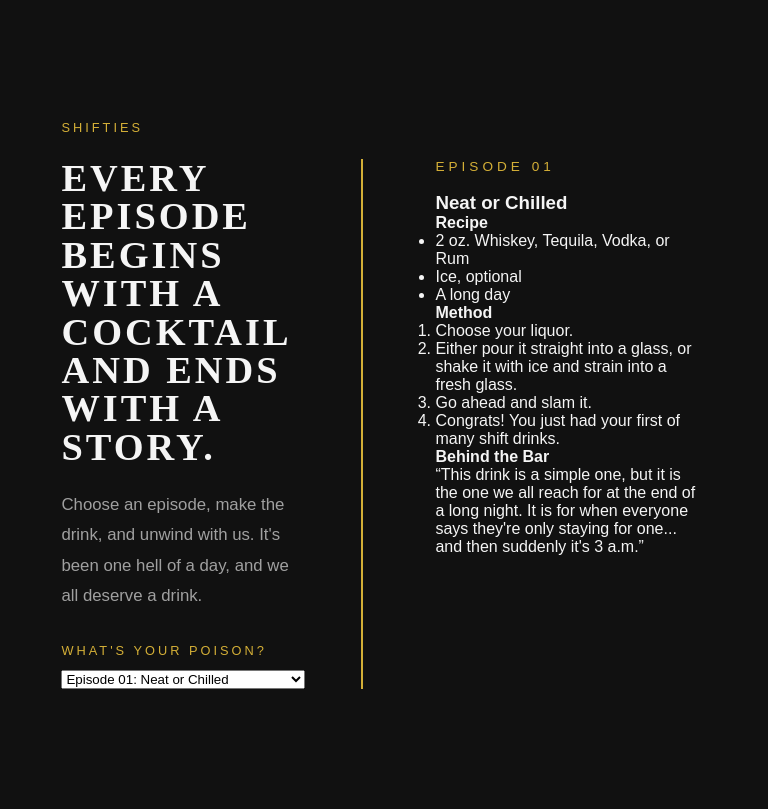
Repository: Gage-Codes/BarRot
Page: css/Website.html
The author's editor kept a copy of each file at every save. The page is drawn from the files as they stood at one save, then again after the next save.
The browser window is 768 px wide. The pictures show the part of the page from y = 2973 to 3820 px (the page is 3782 px tall before and 3820 px after).

Above is the page before, as saved 2026-07-01 12:31:58.
Not found: css/java.js

### css/Website.html
<!DOCTYPE html>
<html lang="en">

<head>
    <meta charset="UTF-8">
    <meta name="viewport" content="width=device-width, initial-scale=1.0">
    <title>Bar Rot: Your Neighborhood Podcast</title>
    <link href="https://fonts.googleapis.com/css2?family=Cormorant+Garamond:wght@400;700&family=Roboto:wght@400;700&display=swap" rel="stylesheet">
    <link rel="stylesheet" href="style.css">
</head>

<!-- The Navigation Bar/Logo -->

<body>
<header>
    <nav class="navbar">
        <a href="#" class="logo">BAR ROT</a>
        <ul class="nav-links">
            <li><a href="#about">About</a></li>
            <li><a href="#episodes">Episodes</a></li>
            <li><a href="#recipes">Recipes</a></li>
            <li><a href="#hosts">Hosts</a></li>
            <li><a href="#reviews">Reviews</a></li>
            <li><a href="#contact">Contact</a></li>
        </ul>
    </nav>
</header>

<!-- Title/Hero Section -->

<main>
    <section id="hero">
        <div class="hero-content">

            <p class="eyebrow">A late-night podcast</p>
            <h1>Where bad decisions make good stories.</h1>
            <p class="hero-text">
                Bar Rot is a podcast about the chaos of working in nightlife and the friendships
                we've made along the way. These are the stories we tell after last call.
            </p>
            <div class="hero-buttons">
                <a href="#episodes" class="btn primary-btn">Listen Now</a>
                <a href="#about" class="btn secondary-btn">Learn More</a>
            </div>
        </div>
    </section>

<!-- The About Section -->

    <section id="about">
        <div class="section-label">About the Podcast</div>
        <div class="about-grid">
            <div>
                <h2>Come find a spot at the bar. We have some shit to talk about.</h2>
            </div>
            <div>
                <p>
                    Welcome to Bar Rot! The late-night podcast where we discuss nightlife,
                    bad decisions, friendship, dating, work, the chaos of the industry, and how Terry keeps
                    calling out and still has a job.
                </p>
                <p>
                    Join us for our post-shift therapy session, some trash talk, and a few good laughs.
                    Bar Rot is for anyone who regrets saying “one more shot”...
                    and for those of us who pour them.
                </p>
            </div>
        </div>
    </section>

<!--Episodes (Recent Episode) Section -->

    <section id="episodes">
        <div class="section-label">Latest Episodes</div>
        <div class="episodes-header">
            <h2>Real stories with real friends.</h2>
            <p>Three bartenders. One bottle. No filter.</p>
        </div>
        <article class="episode-card">
            <div class="episode-cover-area">
                <div class="record">
                    <div class="record-label">
                        <span>BAR</span>
                        <span>ROT</span>
                    </div>
                </div>
                <div class="album-cover">
                    <img src="images/episode-one.jpg" alt="The Bar Rot hots sitting togeather after work unwinding with a few dinks">
                </div>
            </div>
            <div class="episode-info">
                <p class="episode-number">Episode 01</p>
                <h3>Better To Leave It Where We Found It</h3>
                <p class="episode-description">
                    The stories we tell at the end of the night are the ones we probably shouldn't.
                    Welcome to the first round of Bar Rot.
                </p>
                <div class="episode-meta">
                    <span>46 minutes</span>
                    <span>June 2026</span>
                </div>
                <div class="cocktail-box">
                    <p>This Episodes Shift Drink:</p>
                    <h4>Neat or Chilled</h4>
                </div>
                <div class="episode-buttons">
                    <a href="#" class="btn primary-btn">Listen Now</a>
                    <a href="#" class="btn secondary-btn">View Recipe</a>
                </div>
            </div>
        </article>
    </section>

<!--Shift Drinks/Recipes Section -->

    <section id="recipes">
        <div class="section-label">Shifties</div>
            <div class="recipes-layout">
                <div class="recipe-intro">
                    <h2>Every episode begins with a cocktail and ends with a story.</h2>
                    <p>
                        Choose an episode, make the drink, and unwind with us.
                        It's been one hell of a day, and we all deserve a drink.
                    </p>
                    <label for="cocktail-select">What's your poison?</label>
                    <select id="cocktail-select">
                        <option value="episode-one">Episode 01: Neat or Chilled</option>
                        <option value="episode-two">Episode 02: Schedule Not Yet Posted</option>
                        <option value="episode-three">Episode 03: Schedule Not Yet Posted</option>
                    </select>
                </div>
                <div class="recipe-content">
                    <p class="episode-number">Episode 01</p>
                    <h3>Neat or Chilled</h3>
                    <div class="recipe-divider">
                    </div>
                    <div class="recipe-block">
                        <h4>Recipe</h4>
                        <ul>
                            <li>2 oz. Whiskey, Tequila, Vodka, or Rum</li>
                            <li>Ice, optional</li>
                            <li>A long day</li>
                        </ul>
                    </div>
                    <div class="recipe-block">
                        <h4>Method</h4>
                        <ol>
                            <li>Choose your liquor.</li>
                            <li>Either pour it straight into a glass, or shake it with ice and strain into a fresh glass.</li>
                            <li>Go ahead and slam it.</li>
                            <li>Congrats! You just had your first of many shift drinks.</li>
                        </ol>
                    </div>
                    <div class="recipe-block host-notes">
                        <h4>Behind the Bar</h4>
                        <p>“This drink is a simple one, but it is the one we all reach for at the end of a long night.
                            It is for when everyone says they're only staying for one... and then suddenly it's 3 a.m.”
                        </p>
                    </div>
                </div>
            </div>
    </section>

    <section id="hosts"></section>

    <section id="reviews"></section>

    <section id="contact"></section>

</main>

<footer></footer>

<!--Java Script/Nav Bar-->

<script src="java.js"></script>

</body>

</html>

### css/style.css

/* Varbles and Global Styles */

:root {
    --background-color: #111111;
    --surface: #1B1B1B;
    --primary: #8B1E3F;
    --accent: #D4AF37;
    --text: #F5F5F5;
    --gray: #A0A0A0;
    --muted: #A0A0A0;
}

* {
    margin: 0;
    padding: 0;
    box-sizing: border-box;
}

body {
    font-family: 'Arial', sans-serif;
    background-color: var(--background-color);
    color: var(--text);
}

/* Navigation Bar/Logo Styles */

.navbar {
    position: fixed;
    top: 0;
    left: 0;
    width: 100%;
    height: 90px;
    padding: 0 80px;
    display: flex;
    justify-content: space-between;
    align-items: center;
    background: rgba(8,8,8,0.55);
    backdrop-filter: blur(12px);
    border-bottom: 1px solid rgba(255,255,255,0.08);
    z-index: 1000;
}
.logo {
    color: #F5F5F5;
    text-decoration: none;
    font-size: 3rem;
    font-weight: 700;
    font-family: "Cormorant Garamond", serif;
    letter-spacing: 4px;
}
.nav-links {
    display: flex;
    gap: 70px;
    list-style: none;
}
.nav-links a {
    position: relative;
    color: #F5F5F5;
    font-weight: 600;
    font-size: 0.95rem;
    text-transform: uppercase;
    text-decoration: none;
    letter-spacing: 2px;
    transition: .3s ease;
}
.nav-links a:hover {
    color: var(--accent);
}
.nav-links a.active{
    color: var(--accent);
}
.nav-links a.active::after {
    content: "";
    position: absolute;
    bottom: -22px;
    left: 50%;
    transform: translateX(-50%);
    width: 90%;
    height: 3px;
    background-color: var(--accent);
    border-radius: 50px;
}

/* Hero/Top of Page Section Styles */

#hero {
    min-height: 100vh;
    padding: 0 8%;
    display: flex;
    align-items: center;
    background:
        linear-gradient(rgba(10,10,10,0.15), rgba(10,10,10,0.45)),
        radial-gradient(circle at top right,
        rgba(139,30,63,0.45), transparent 75%),
        url("images/bar-rot-hero.jpg");
background-size: cover;
background-position: center right;
background-repeat: no-repeat;
}
.hero-content {
    max-width: 720px;
}
.eyebrow {
    color: var(--accent);
    text-transform: uppercase;
    letter-spacing: 3px;
    font-size: 0.85rem;
    margin-bottom: 18px;
}
h1 {
    font-size: clamp(3rem, 7.5vw, 6.5rem);
    font-family: "Cormorant Garamond", serif;
    text-transform: uppercase;
    line-height: 0.90;
    margin-bottom: 24px;
}
.hero-text {
    color: var(--muted);
    font-size: 1.15rem;
    line-height: 1.7rem;
    max-width: 560px;
    margin-bottom: 34px;
}
.hero-buttons {
    display: flex;
    gap: 16px;
    flex-wrap: wrap;
}
.btn {
    padding: 14px 24px;
    border-radius: 999px;
    text-decoration: none;
    font-weight: 700;
}
.primary-btn {
    background: var(--primary);
    color: var(--text);
}
.secondary-btn {
    border: 1px solid var(--accent);
    color: var(--accent);
}

/* About Section Styles */

#about {
    padding: 120px 8%;
    background-color: var(--background-color);
}
.section-label {
    color: var(--accent);
    text-transform: uppercase;
    letter-spacing: 3px;
    font-size: 0.8rem;
    margin-bottom: 24px;
}
.about-grid {
    display: grid;
    grid-template-columns:1fr 1.2fr;
    gap: 64px;
    align-items: start;
}
#about h2 {
    font-size: clamp(2.2rem, 4.5vw, 4rem);
    font-family: "Cinzel", serif;
    text-transform: uppercase;
    line-height: 1;
}
#about p {
    color: var(--gray);
    font-size: 1.05rem;
    line-height: 1.8;
    margin-bottom: 22px;
}

/* Episode Section Syle */

#episodes{
    position: relative;
    padding: 120px 8%;
    background-image:
        linear-gradient(rgba(0,0,0,.25), rgba(0,0,0,.25)),
        url("images/bar-rot-ep.jpg");
    background-position: 135% center;
    background-repeat: no-repeat;
    background-size: cover;
    overflow:hidden;
    /* Background Overlay/Readability */
    background-blend-mode: overlay;
}
.episodes-header {
    text-align: center;
    margin-bottom: 70px;
}
.episodes-header h2 {
    font-family: "Cinzel", serif;
    font-size: clamp(2.8rem, 4vw, 5rem);
    line-height: 1;
    text-transform: uppercase;
    letter-spacing: 3px;
    margin-bottom: 18px;
}
.episode-header p {
    color: var(--gray);
    font-size: 5rem;
}
.episode-card {
    display: grid;
    grid-template-columns: 1fr 1fr;
    gap: 72px;
    align-items: center;
    padding: 48px;
    border: 1px solid rgba(212, 175, 55, 0.25);
    border-radius: 18px;
    background: rgba(20, 20, 20, 0.25);
    box-shadow: 0 30px 80px rgba(0, 0, 0, 0.45);
}
.album-area {
    position: relative;
    min-height: 480px;
    display: flex;
    align-items: center;
}
.album-cover {
    width: min(100%, 380px);
    aspect-ratio: 1/1;
    position: relative;
    z-index: 2;
    border: 1px solid rgba(212, 175, 55, 0.35);
    border-radius: 12px;
    overflow: hidden;
    box-shadow: 0 25px 60px rgba(20, 20, 20, 0.60);
}
.album-cover img {
    width: 100%;
    height: 100%;
    object-fit: cover;
    display: block;
}

/* Record/Episode Cover */

.record {
    width: 330px;
    height: 330px;
    border-radius: 50%;
    position: absolute;
    left: 240px;
    z-index: 1;
    background:
    radial-gradient(circle, #8B1E3F 0 16%, #121212 17% 100%),
    repeating-radial-gradient(circle, #2a2a2a 0 2px, #161616 3px 5px);
    box-shadow:
    inset 0 0 35px rgba(255,255,255,0.12),
    inset 0 0 90px rgba(0, 0, 0, 0.95),
    0 20px 50px rgba(0, 0, 0, 0.7);
    transition: transform 0.4s ease;
}
.record-label {
    position: absolute;
    inset: 50%;
    transform: translate(-50%, -50%);
    width: 105px;
    height: 105px;
    border-radius: 50%;
    background: var(--primary);
    border: 1px solid rgba(212, 175, 55, 0.5);
    display:flex;
    flex-direction: column;
    justify-content: center;
    align-items: center;
    color: var(--accent);
    font-family: "Cinzel", serif;
    font-size: 1.25rem;
    letter-spacing: 1px;
}
.episode-card:hover .record {
    transform: translateX(80px) rotate(10deg);
}
.episode-number {
    color: var(--accent);
    text-transform: uppercase;
    letter-spacing: 4px;
    font-size: 0.85rem;
    margin-bottom: 18px;
}
.episode-info h3 {
    font-family: "Cinzel", serif;
    font-size: clamp(2.4rem, 5vw, 4rem);
    line-height: 1;
    margin-bottom: 24px;
}
.episode-meta {
    display: flex;
    gap: 22px;
    color: var(--text);
    text-transform: uppercase;
    letter-spacing: 2px;
    font-size: 0.8rem;
    margin-bottom: 28px;
}

/* Cocktail Box/Shift Drink Style Section */

.cocktail-box {
    border: 1 px solid rgba(212, 175, 55, 0.25);
    border-radius: 12px;
    padding: 22px;
    margin-bottom: 30px;
    background: rgba(0, 0, 0, 0.25);
}
.cocktail-box p {
    color: var(--accent);
    text-transform: uppercase;
    letter-spacing: 3px;
    font-size: 0.75rem;
    margin-bottom: 8px;
}
.cocktail-box h4 {
    font-family: "Cinzel", serif;
    font-size: 1.7rem;
    font-style: italic;
}
.episode-buttons {
    display: flex;
    gap: 16px;
    flex-wrap: wrap;
}

/* Recipe Section Styles */

#recipes {
    padding: 120px 8%;
    background-color: var(--background-color);
}
.recipes-layout {
    display: grid;
    grid-template-columns: .9fr 1.6fr;
    gap: 72px;
    align-items: start;
}
.recipe-intro {
    border-right: 2px solid var(--accent);
    padding-right: 56px;
}
.recipe-intro h2 {
    font-family: "Cinzel", serif;
    font-size: clamp(2.4rem, 5vw, 4rem);
    line-height: 1;
    /* Might Change/delete uppercase and letter-spacing (comeback to) */
    text-transform: uppercase;
    letter-spacing: 3px;
    line-height: 1;
    margin-bottom: 24px;
}
.recipe-intro p {
    color: var(--gray);
    font-size: 1.05rem;
    line-height: 1.8;
    margin-bottom: 32px;
}
.recipe-intro label {
    display: block;
    color: var(--accent);
    text-transform: uppercase;
    letter-spacing: 3px;
    font-size: 0.8rem;
    margin-bottom: 12px;
}
/* Media Queries/Screen Adjustment Episodes */

@media (min-width: 1400px) {
    .record {
        left:315px;
    }
    .episode-card:hover .record {
        transform: translateX(120px) rotate(10deg);
    }
}
@media (min-width: 992px) and (max-width: 1399px) {
    .record {
        left: 240px;
    }
    .episode-card:hover .record {
        transform: translateX(80px) rotate(10deg);
    }
}
@media (max-width: 991px) {
    .episode-card {
        grid-template-columns: 1fr;
        gap: 40px;
    }
    .album-cover {
        width: min(100%, 360%);
    }
    .album-area {
        min-height: 420px;
        justify-content: center;
    }
    .record {
        width: 300px;
        height: 300px;
        left: 50%;
        transform: tanslateX(-10%);
    }
    .episode-card:hover .record {
        transform: translateX(10%) rotate(8deg);
    }
}

After the next save:
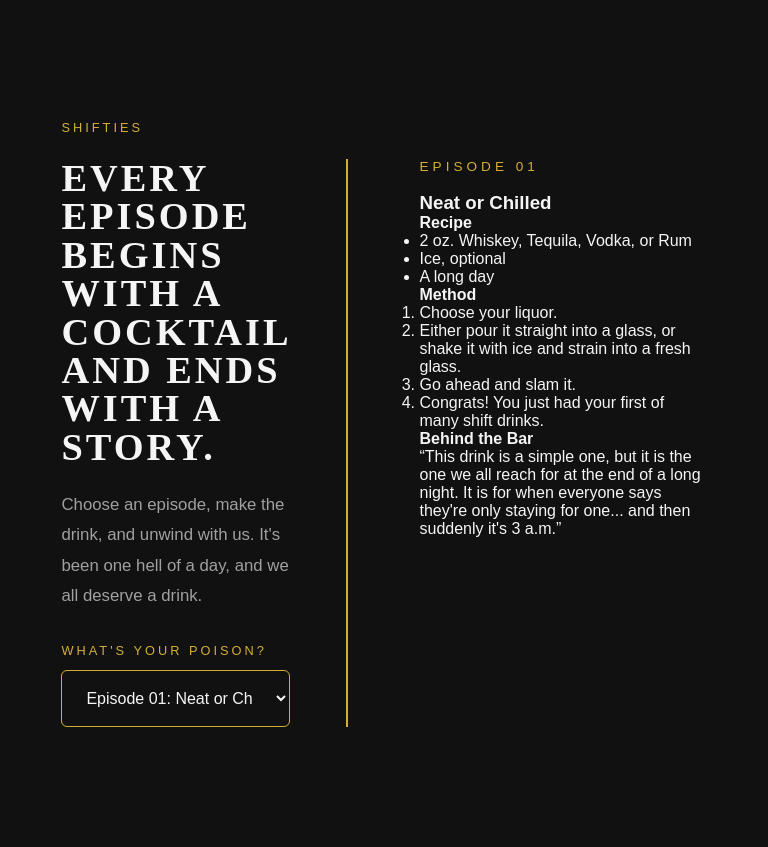
Saved 2 min 4 s later.
--- a/css/style.css
+++ b/css/style.css
@@ -367,6 +367,15 @@
     font-size: 0.8rem;
     margin-bottom: 12px;
 }
+#cocktail-select {
+    width: 100%;
+    padding: 18px 20px;
+    background: transparent;
+    color: var(--text);
+    border: 1px solid var(--accent);
+    border-radius: 6px;
+    font-size: 1rem;
+}
 /* Media Queries/Screen Adjustment Episodes */
 
 @media (min-width: 1400px) {
@@ -401,7 +410,7 @@
         width: 300px;
         height: 300px;
         left: 50%;
-        transform: tanslateX(-10%);
+        transform: translateX(-10%);
     }
     .episode-card:hover .record {
         transform: translateX(10%) rotate(8deg);
